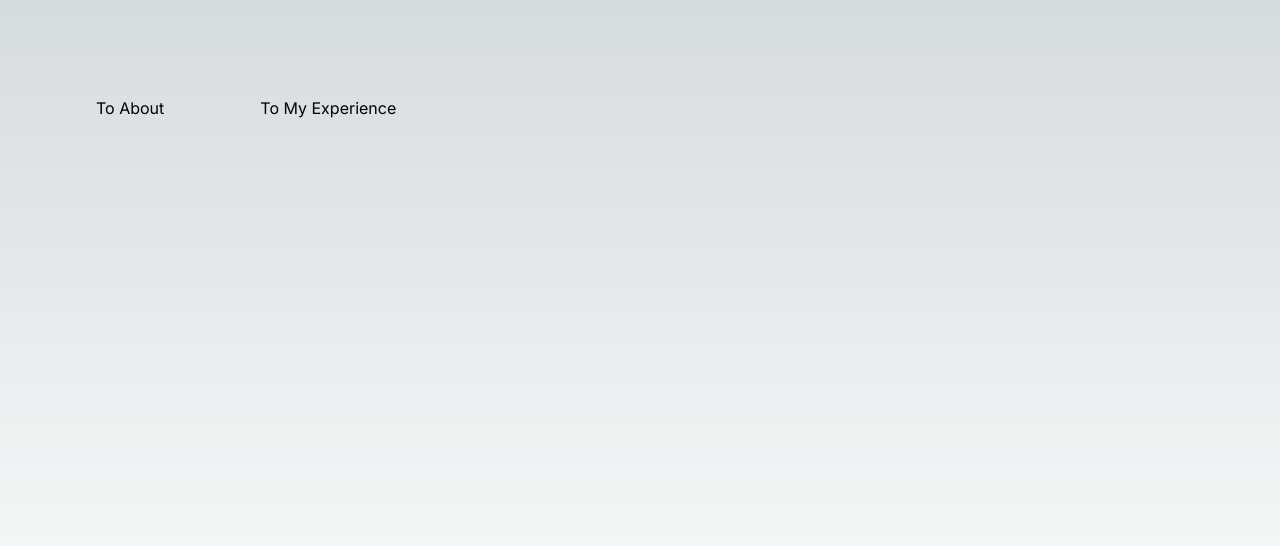
Repository: ShellyDeng08/learn-nextjs-course
Page: /
The author's editor kept a copy of each file at every save. The page is drawn from the files as they stood at one save, then again after the next save.
The browser window is 1280 px wide. The pictures show the whole page.
The project was rebuilt for these pictures with package versions that can differ from the ones it lists, and the page was loaded fresh each time. The framework's server and built-in components were replaced by stand-ins that run in the browser. Also part of the build but not shown: next.config.js.

Above is the page before, as saved 2023-12-21 11:24:55.

After the next save:
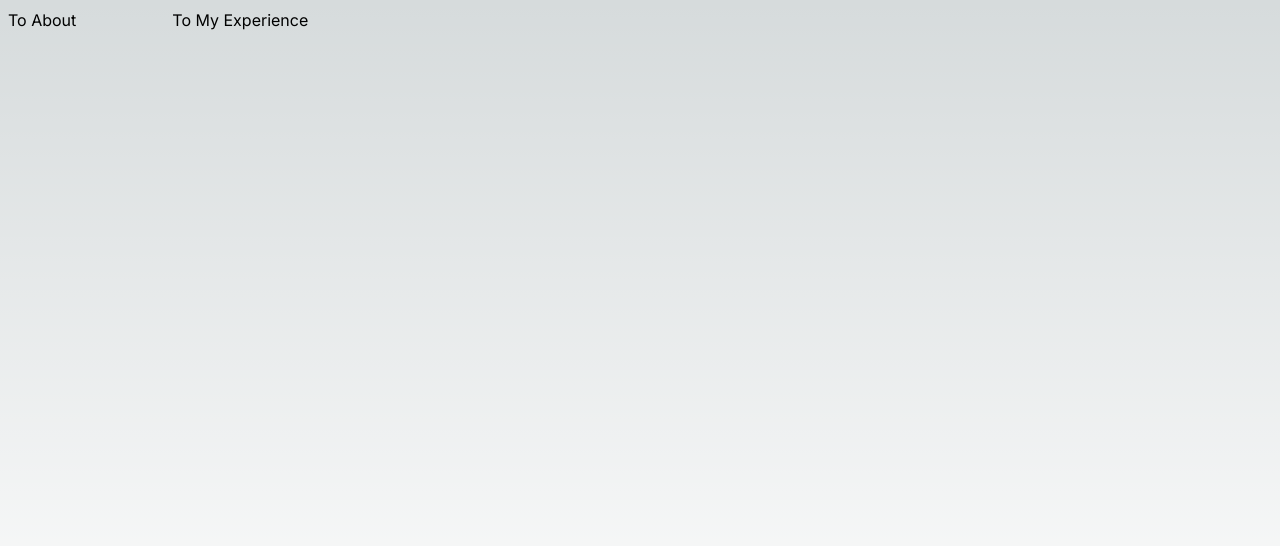
Saved 14 s later.
--- a/src/app/page.tsx
+++ b/src/app/page.tsx
@@ -3,7 +3,7 @@ import Link from 'next/link'
 
 export default function Home() {
   return (
-    <main className="flex min-h-screen center p-24">
+    <main className="flex min-h-screen center p-2">
       <Link href={'/about'}>To About</Link>
       <Link href={'/about/experience'} className='pl-24'>To My Experience</Link>
     </main>
